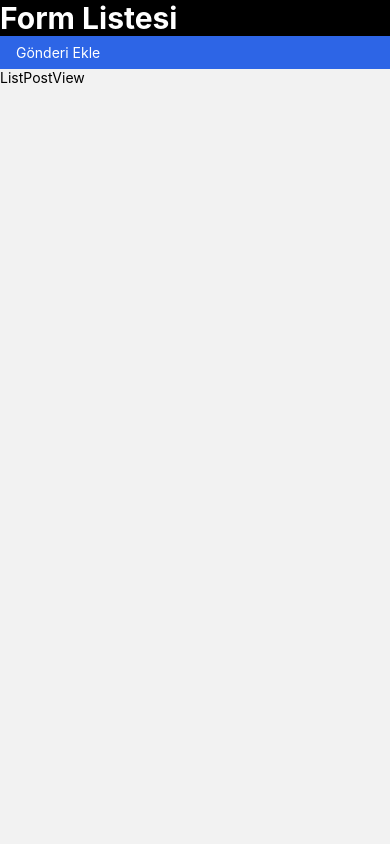
Repository: Kubraaygun/FirebaseRN
Page: /
An editor plug-in stored every save of this project. The page is shown before and after the next save, followed by the edit.
The browser window is 390 px wide. The pictures show the whole page.
The app was drawn by React Native's web renderer in a window 390 px wide. The project was rebuilt for these pictures with package versions that can differ from the ones it lists, and the page was loaded fresh each time. Also part of the build but not shown: src/screens/AddPost/AddPostView.jsx, src/screens/AddPost/AddPostController.jsx.

Above is the page before, as saved 2025-01-20 18:59:16.

After the next save:
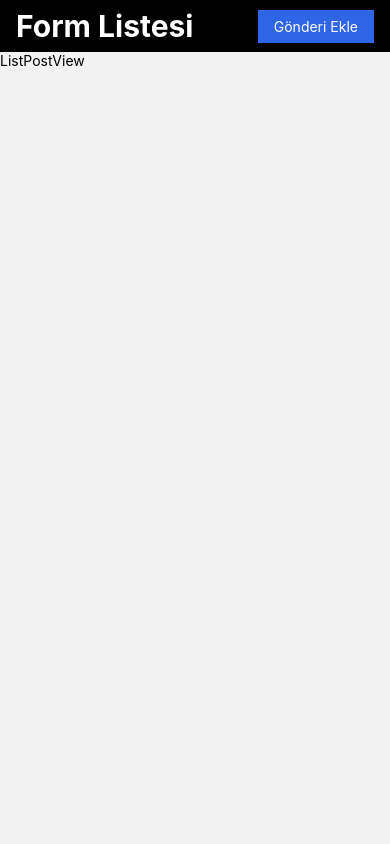
Saved 20 s later.
--- a/src/screens/component/AppBar.jsx
+++ b/src/screens/component/AppBar.jsx
@@ -16,6 +16,11 @@ export default AppBar;
 const styles = StyleSheet.create({
   container: {
     backgroundColor: '#000000',
+    flexDirection: 'row',
+    justifyContent: 'space-between',
+    paddingHorizontal: 16,
+    paddingVertical: 8,
+    alignItems: 'center',
   },
   title: {
     color: 'white',
